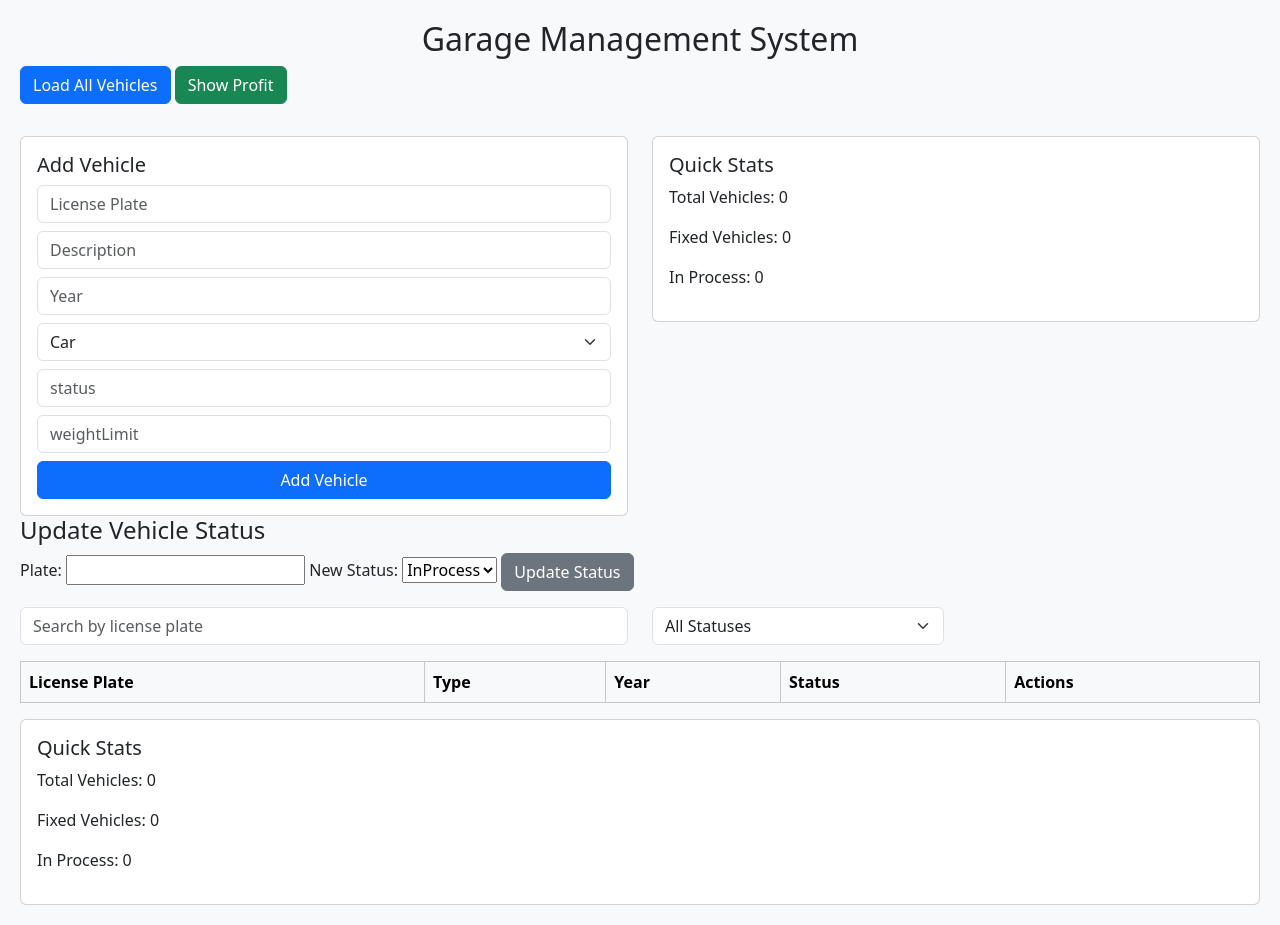
Repository: pravinpkadam444/garage-app
Page: garage-app/src/main/resources/static/index.html
The author's editor kept a copy of each file at every save. The page is drawn from the files as they stood at one save, then again after the next save.
The browser window is 1280 px wide. The pictures show the whole page.
The page's requests for data from a server got no answer.

Above is the page before, as saved 2025-12-07 12:20:10.

After the next save:
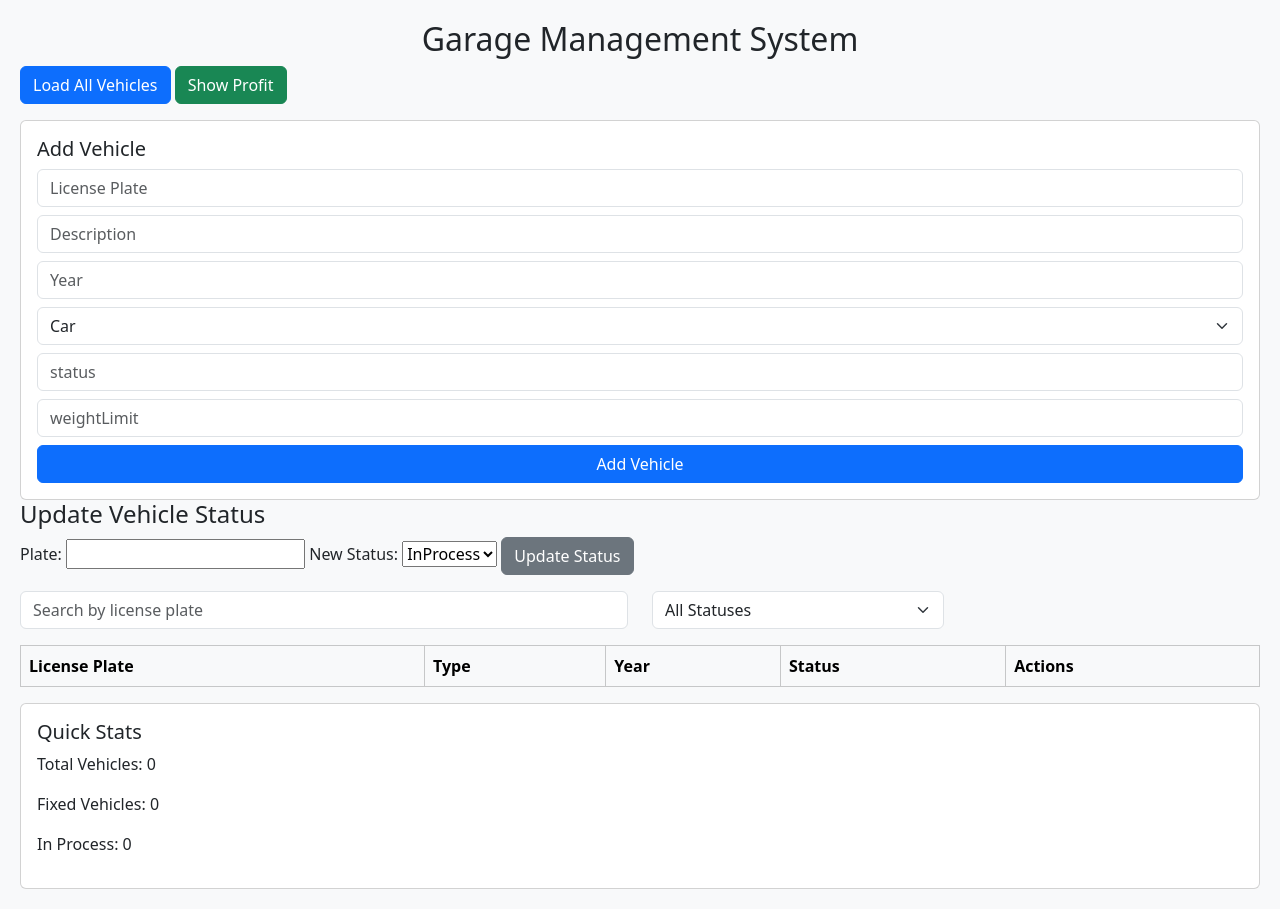
Saved 41 s later.
--- a/garage-app/src/main/resources/static/index.html
+++ b/garage-app/src/main/resources/static/index.html
@@ -20,9 +20,7 @@
 </div>
 
 <!-- Add Vehicle Form -->
-<div class="row mt-3">
-    <!-- Left column: Add Vehicle Form -->
-    <div class="col-md-6">
+
 		<div class="card mt-3 p-3">
 		    <h5>Add Vehicle</h5>
 		    <input id="addPlate" class="form-control mb-2" placeholder="License Plate">
@@ -38,19 +36,9 @@
 
 		    <button class="btn btn-primary" onclick="addVehicle()">Add Vehicle</button>
 		</div>
-	</div>
-
-	<!-- Right column: Quick Stats -->
-    <div class="col-md-6">
-		<!-- Quick Stats -->
-		<div class="card mt-3 p-3">
-		    <h5>Quick Stats</h5>
-		    <p>Total Vehicles: <span id="totalVehicles">0</span></p>
-		    <p>Fixed Vehicles: <span id="fixedVehicles">0</span></p>
-		    <p>In Process: <span id="inProcessVehicles">0</span></p>
-		</div>
-	</div>
-</div>
+
+
+
 	<!-- Update Status -->
 	<div class="box">
 	    <h4>Update Vehicle Status</h4>
